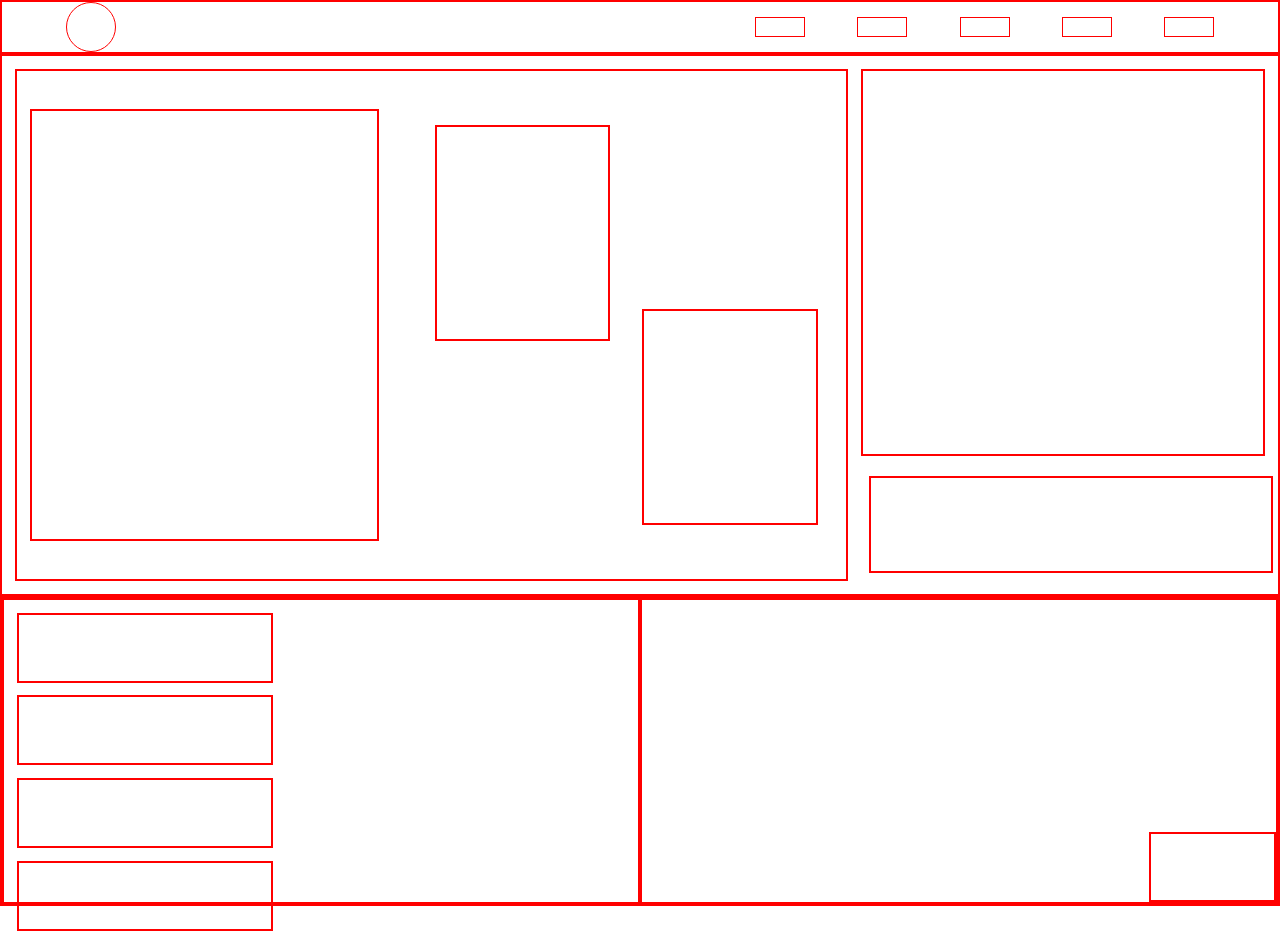
Repository: archangel88/elbrus_homework
Page: phase-0/week-3/day-4/flexbox/index.html
The author's editor kept a copy of each file at every save. The page is drawn from the files as they stood at one save, then again after the next save.
The browser window is 1280 px wide. The pictures show the whole page.

Above is the page before, as saved 2025-10-10 00:46:35.

After the next save:
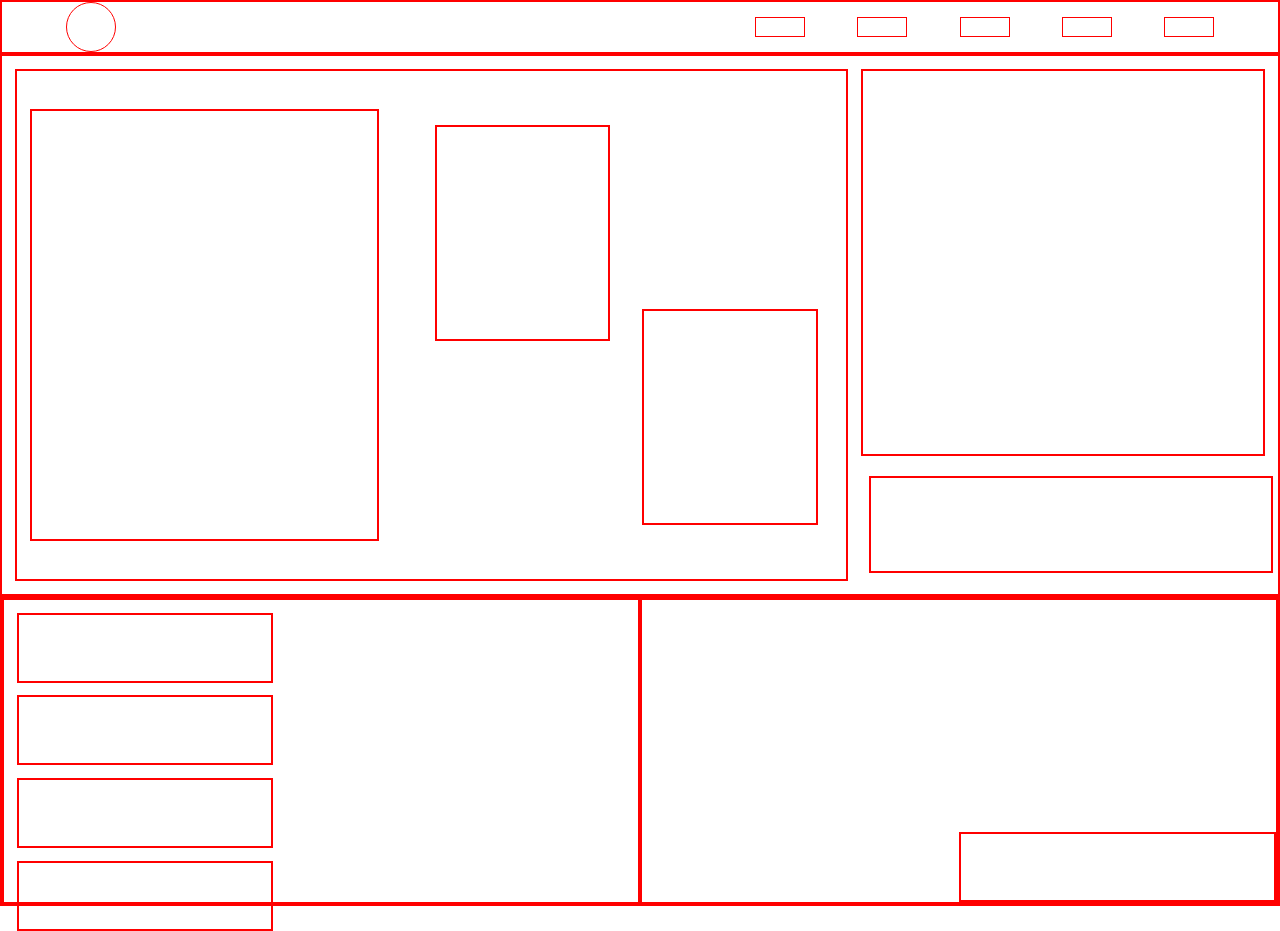
Saved 8 s later.
--- a/phase-0/week-3/day-4/flexbox/css/styles.css
+++ b/phase-0/week-3/day-4/flexbox/css/styles.css
@@ -138,6 +138,6 @@ header {
 
 .footer .right .block{
     height: 70px;
-    width: 20%;
+    width: 50%;
 
 }
